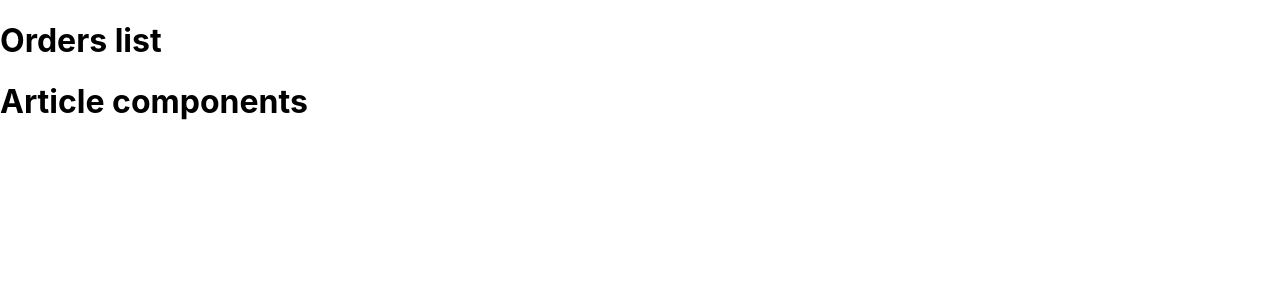
Repository: FS-23/react-navigation
Page: /menu
These files come from the project's save history. The page is drawn as it stood at one moment and after the next save; the edit follows.
The browser window is 1280 px wide. The pictures show the whole page.
The project was rebuilt for these pictures with package versions that can differ from the ones it lists, and the page was loaded fresh each time.

Above is the page before, as saved 2022-05-06 12:48:39.

### src/App.js

import OrderList from "./components/OrderList";
import Article from "./components/Article";
function App() {
  return (
    <div className="App">
        <OrderList />
        <Article />
    </div>
  );
}

export default App;

### src/components/OrderList.js
import { getOrders , addOrder} from '../API/orders'
import { useEffect } from 'react'
function OrderList(){

    useEffect(()=> {
        addOrder({
            name: "Pizza hut",
            price: 12
        })
        console.log('getOrders:', getOrders() )
    }, [])

    return (
        <>
           <h1>Orders list</h1>
        </>
    )
}

export default OrderList

### src/components/Article.js
import React from "react";

export default  class Article extends React.Component {
     constructor(props){
          super(props)
     }


     render(){
         return(
             <h1>Article components</h1>
         )
     }
}

### src/API/orders.js
const orders = [];

export function getOrders(){
    return orders
}

export function addOrder(obj){
    obj.id = orders.length + 1;
    orders.push(obj)
    return orders
}

export function getOrder(id){
    let order = orders.find((_order)=> _order.id == id)
    return order
}

export function changeOrderStatus(id, status){
    for(let order of orders){
        if(order.id == id) {
            order.status = status
            break
        }
    }

    return orders
    //   orders.forEach( order => {
    //       if(order.id == id) order.status = status
    //   })
}

export function removeOrder(id){
     orders.forEach( (order , index) => {
         if(order.id == id) orders.splice(index,1)
     })

     return orders
}

Loaded but not shown: public/index.html (common file); src/index.js (common file); src/index.css (common file)

After the next save:
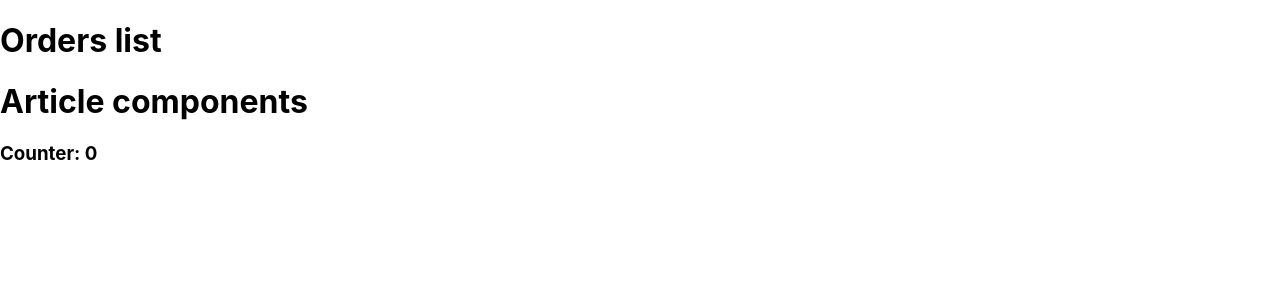
Saved 3 min 4 s later.
--- a/src/components/Article.js
+++ b/src/components/Article.js
@@ -3,12 +3,24 @@
 export default  class Article extends React.Component {
      constructor(props){
           super(props)
+          this.state = {
+              count: 0
+          }
      }
+
+     componentDidMount(){
+
+     }
+
+
 
 
      render(){
          return(
-             <h1>Article components</h1>
+            <>
+                <h1>Article components</h1>
+                <h3>Counter: {this.state.count}</h3>
+            </>
          )
      }
 }
